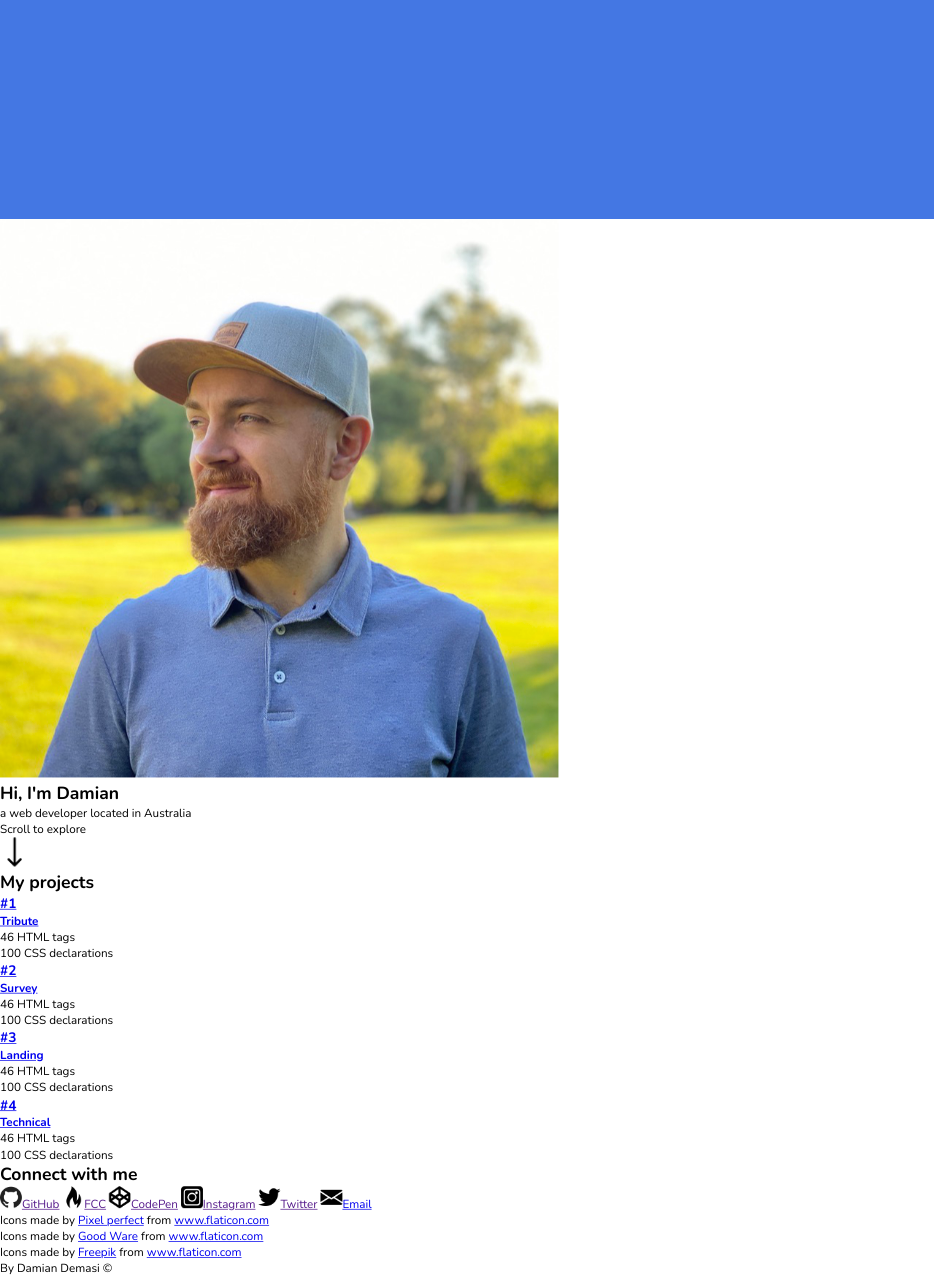
Repository: Colo-Codes/freecodecamp-05-Personal-Portfolio-Webpage
Page: index.html
The author's editor kept a copy of each file at every save. The page is drawn from the files as they stood at one save, then again after the next save.
The browser window is 1280 px wide. The pictures show the whole page, at 73% of full size.

Above is the page before, as saved 2021-06-03 11:10:39.

### index.html
<!DOCTYPE html>
<html lang="en">
<head>
    <meta charset="UTF-8">
    <meta http-equiv="X-UA-Compatible" content="IE=edge">
    <meta name="viewport" content="width=device-width, initial-scale=1.0">
    <link rel="preconnect" href="https://fonts.gstatic.com">
    <link href="https://fonts.googleapis.com/css2?family=Nunito:wght@300;400;700&display=swap" rel="stylesheet">
    <link rel="stylesheet" href="./css/index.css">
    <title>Personal Portfolio Webpage</title>
</head>
<body>
    <header>
        <navbar id="navbar">
            <ul id="navbar-flex-container">
                <li class="navbar-flex-item">Hi!</li>
                <li class="navbar-flex-item">Projects</li>
                <li class="navbar-flex-item">Contact</li>
            </ul>
        </navbar>
    </header>

    <section id="welcome-section">
        <div id="top-layer">
            <img src="./img/6D5BF231-2A3E-4029-9EFE-9C82AF0D506F_1_105_c.jpeg" alt="Damian's profile picture: he has a hat, beard, and he is looking left while standing on a green field.">
            <h1>Hi, I'm Damian</h1>
            <p>a web developer located in Australia</p>
            <p>Scroll to explore</p>
            <img src="./img/down-arrow.png" alt="Arrow pointing down." height="40px">
        </div>
        <div id="bottom-layer"></div>
    </section>

    <section id="projects">
        <h2>My projects</h2>

        <div class="project-card">
            <div class="project-tile">
                <a href="#project1"><h3>#1</h3><h4>Tribute</h4></a>
            </div>
            <p>46 HTML tags</p>
            <p>100 CSS declarations</p>
        </div>

        <div class="project-card">
            <div class="project-tile">
                <a href="#project1"><h3>#2</h3><h4>Survey</h4></a>
            </div>
            <p>46 HTML tags</p>
            <p>100 CSS declarations</p>
        </div>

        <div class="project-card">
            <div class="project-tile">
                <a href="#project1"><h3>#3</h3><h4>Landing</h4></a>
            </div>
            <p>46 HTML tags</p>
            <p>100 CSS declarations</p>
        </div>

        <div class="project-card">
            <div class="project-tile">
                <a href="#project1"><h3>#4</h3><h4>Technical</h4></a>
            </div>
            <p>46 HTML tags</p>
            <p>100 CSS declarations</p>
        </div>

    </section>

    <section id="contact">
        <h2>Connect with me</h2>
        <a href="" id="profile-link" target="_blank"><img src="./img/github.png" width="30px">GitHub</a>
        <a href="" id="profile-link-fcc" target="_blank"><img src="./img/fire.png" width="30px">FCC</a>
        <a href="" id="profile-link-codepen" target="_blank"><img src="./img/3d-outlined-shape.png" width="30px">CodePen</a>
        <a href="" id="profile-link-instagram" target="_blank"><img src="./img/instagram.png" width="30px">Instagram</a>
        <a href="" id="profile-link-twitter" target="_blank"><img src="./img/twitter.png" width="30px">Twitter</a>
        <a href="mailto:damian.demasi.1@gmail.com" id="profile-link-email" target="_blank"><img src="./img/email.png" width="30px">Email</a>
    </section>

    <footer>
        <div>Icons made by <a href="https://www.flaticon.com/authors/pixel-perfect" title="Pixel perfect">Pixel perfect</a> from <a href="https://www.flaticon.com/" title="Flaticon">www.flaticon.com</a></div>
        <div>Icons made by <a href="https://www.flaticon.com/authors/good-ware" title="Good Ware">Good Ware</a> from <a href="https://www.flaticon.com/" title="Flaticon">www.flaticon.com</a></div>
        <div>Icons made by <a href="https://www.freepik.com" title="Freepik">Freepik</a> from <a href="https://www.flaticon.com/" title="Flaticon">www.flaticon.com</a></div>
        <p>By Damian Demasi &copy;</p>
    </footer>
</body>
</html>

### css/index.css
/* @media */

/* The height of the welcome section should be equal to the height of the viewport. */

/* The navbar should always be at the top of the viewport. */

/* Border-box and font-size */
html {
    box-sizing: border-box;
    font-size: 16px;
}
body {
    font-family: 'Nunito', sans-serif;
}

/* Reset margins and set global values */

*, *::before, *::after {
    box-sizing: inherit;
    margin: 0;
    padding: 0;
}

/* Navbar */

#navbar {
}
#navbar-flex-container {
    display: flex;
    background-color: #4477E3;
    /* 1rem = 16px -> 18.75rem = 300px */
    height: 18.75rem;
    width: 100%;
    /* transform: skewY(5deg) translateY(-10rem); */
}
.navbar-flex-item {
    list-style: none;
    transform: skewY(-5deg) translateY(-10rem);
    color: white;

}

After the next save:
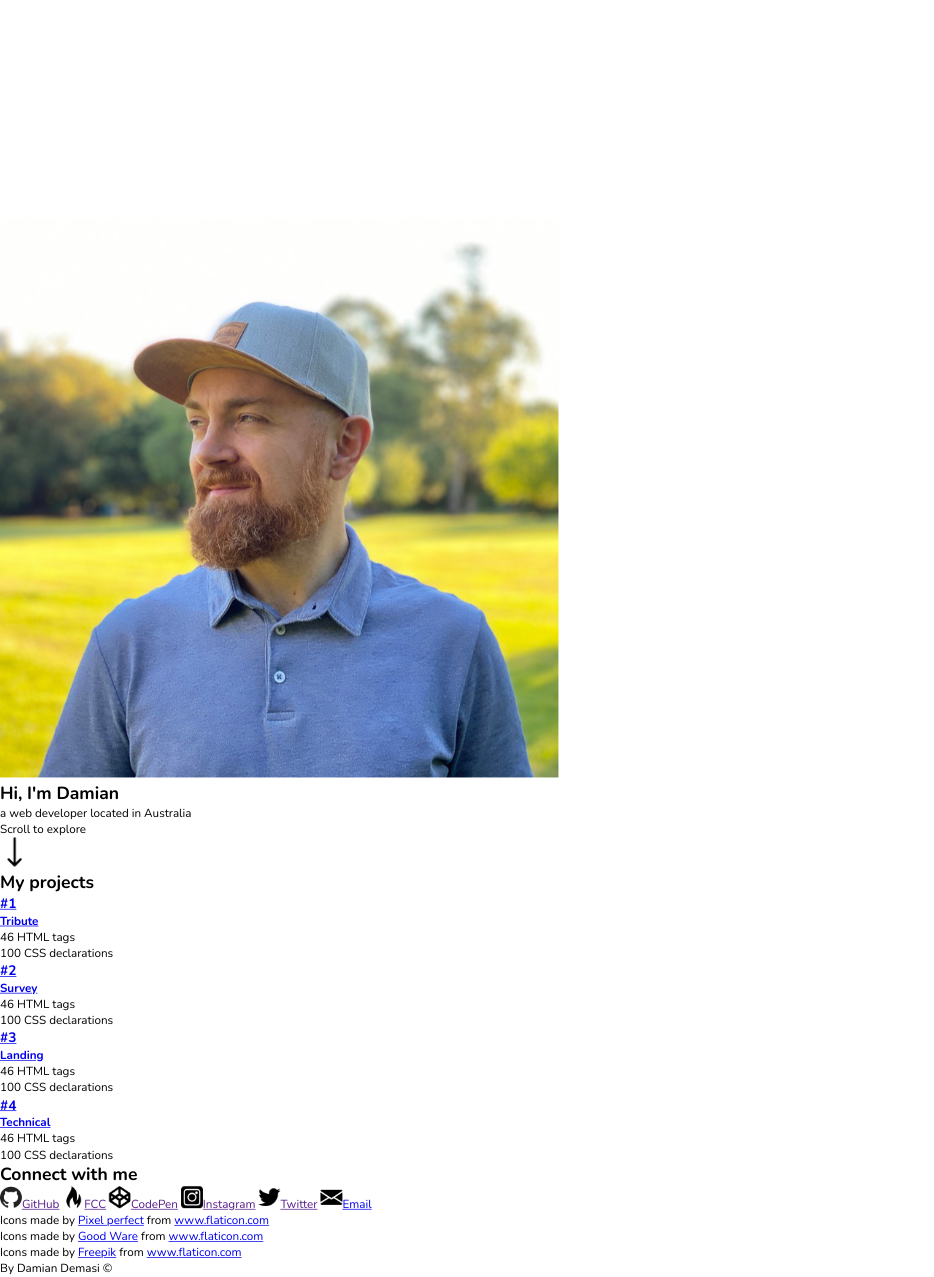
Saved 50 s later.
--- a/css/index.css
+++ b/css/index.css
@@ -27,7 +27,7 @@ body {
 }
 #navbar-flex-container {
     display: flex;
-    background-color: #4477E3;
+    /* background-color: #4477E3; */
     /* 1rem = 16px -> 18.75rem = 300px */
     height: 18.75rem;
     width: 100%;
